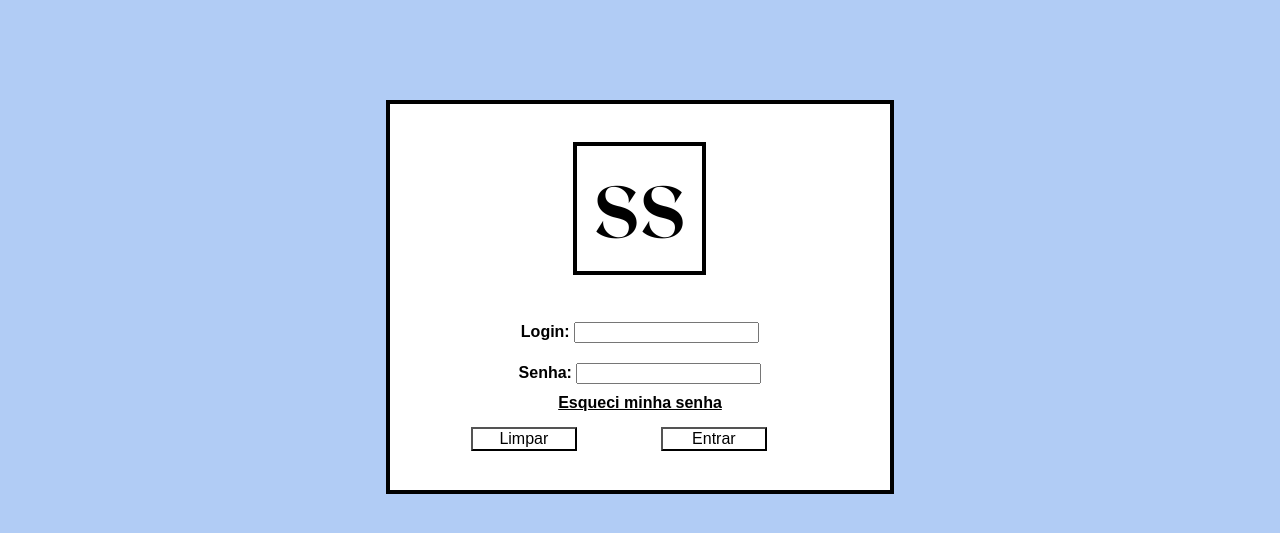
Repository: FaculdadeSenaiJoinville/PiMichelBaade
Page: http://localhost/ProjetoIndividual/
These files come from the project's save history. The page is drawn as it stood at one moment and after the next save; the edit follows.
The browser window is 1280 px wide. The pictures show the whole page.
The page is served by Tomcat 9.

Above is the page before, as saved 2021-08-13 23:19:20.

After the next save:
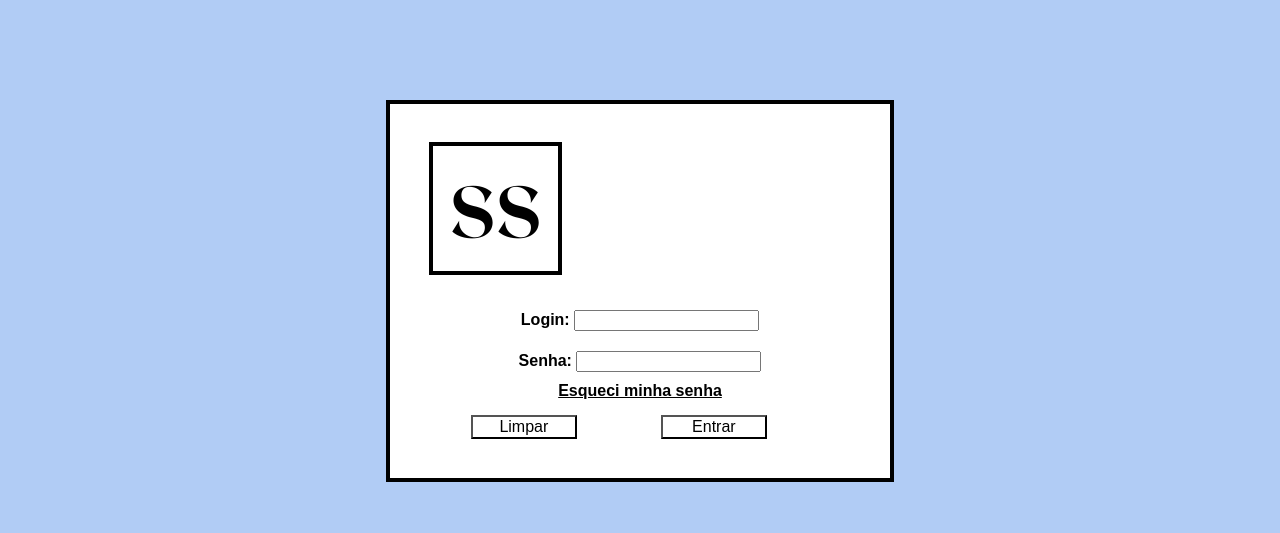
Saved 93 s later.
--- a/ProjetoIndividual/WebContent/css/site.css
+++ b/ProjetoIndividual/WebContent/css/site.css
@@ -23,6 +23,8 @@ form{
 }
 #logo{
 	text-align: center;
+	height: 125px;
+	width: 125px;
 }
 #camposlogin{
 	margin: 15px;
